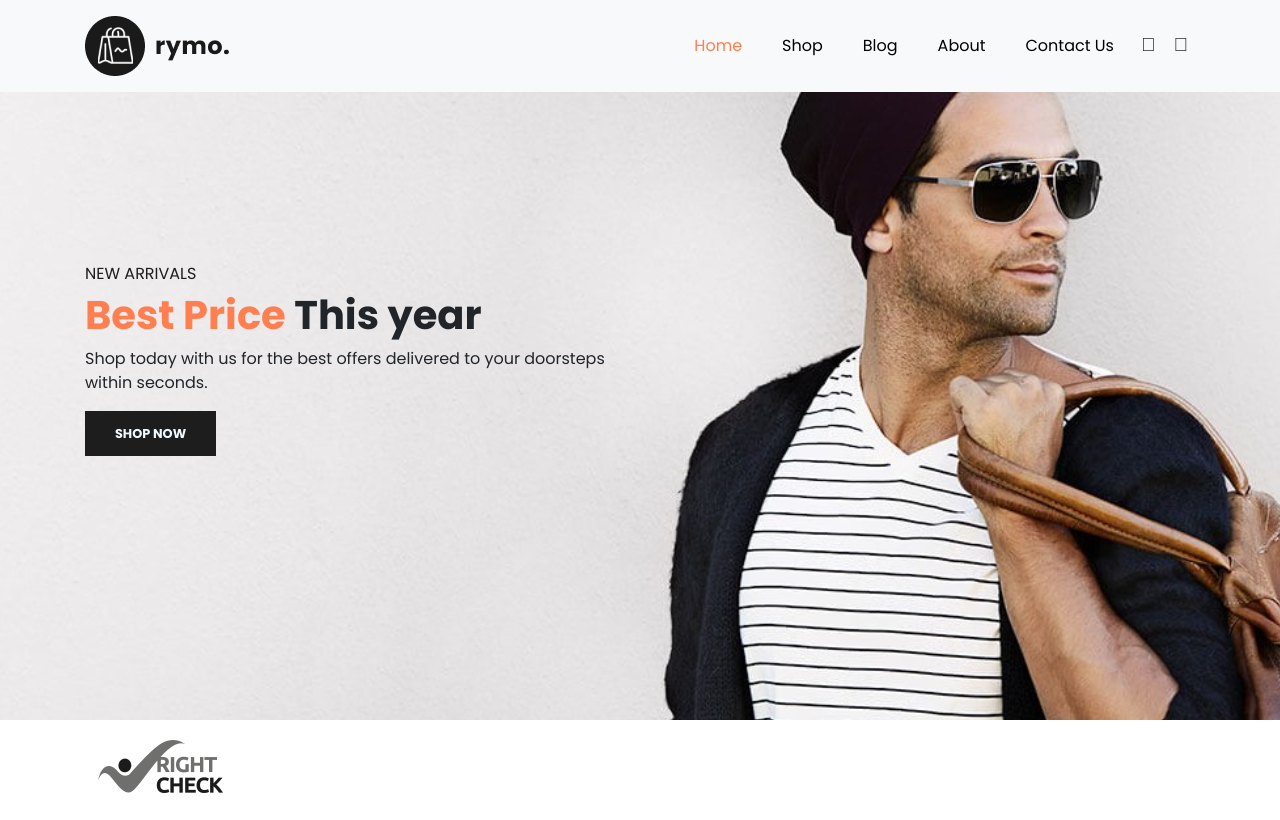
Repository: peter417waweru/e-commerce-UI
Page: index.html
The author's editor kept a copy of each file at every save. The page is drawn from the files as they stood at one save, then again after the next save.
The browser window is 1280 px wide. The pictures show the whole page.
Some web libraries are served in a nearby version.

Above is the page before, as saved 2025-02-07 20:01:48.

After the next save:
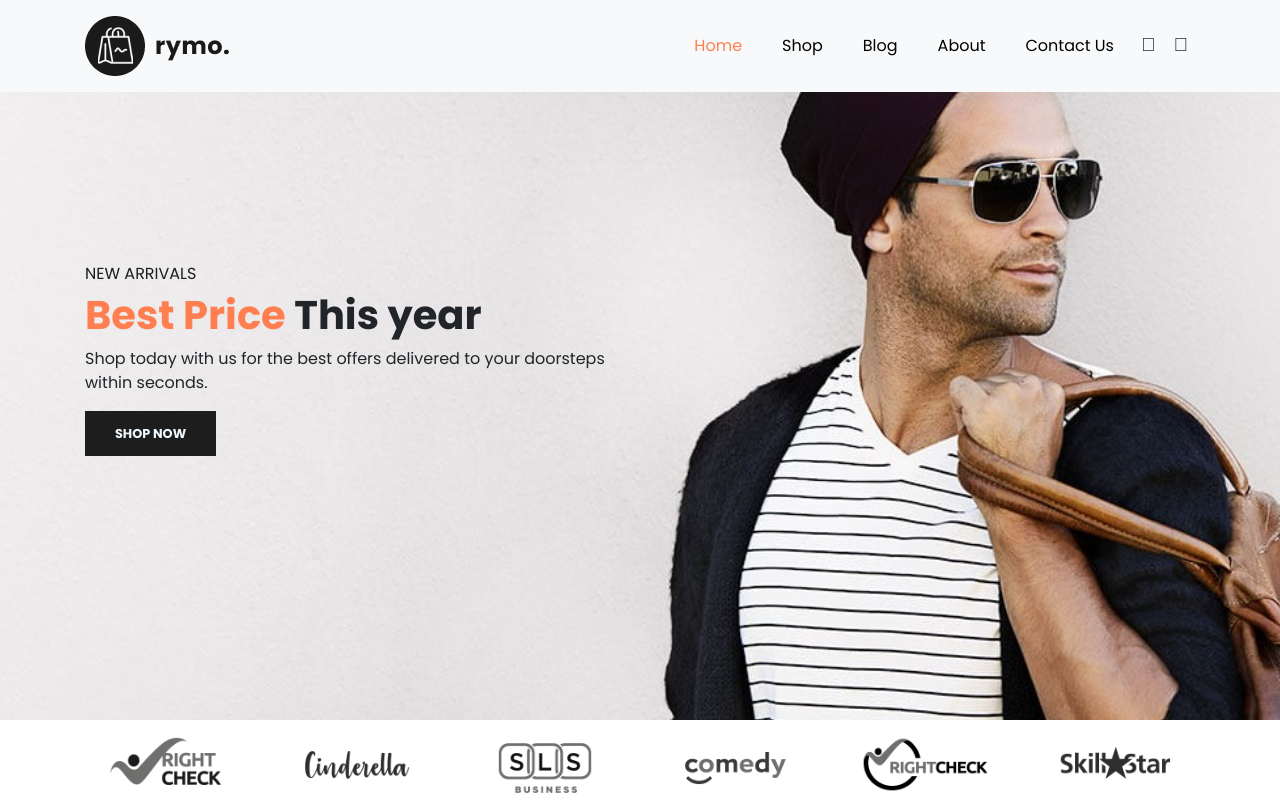
Saved 2 min 47 s later.
--- a/index.html
+++ b/index.html
@@ -66,7 +66,12 @@
 
         <section id="brand" class="container">
           <div class="row">
-            <img class="img-fluid" src="img/brand/1.png" alt="">
+            <img class="img-fluid col-lg-2 col-md-4 col-sm-6" src="img/brand/1.png" alt="">
+            <img class="img-fluid col-lg-2 col-md-4 col-sm-6" src="img/brand/2.png" alt="">
+            <img class="img-fluid col-lg-2 col-md-4 col-sm-6" src="img/brand/3.png" alt="">
+            <img class="img-fluid col-lg-2 col-md-4 col-sm-6" src="img/brand/4.png" alt="">
+            <img class="img-fluid col-lg-2 col-md-4 col-sm-6" src="img/brand/5.png" alt="">
+            <img class="img-fluid col-lg-2 col-md-4 col-sm-6" src="img/brand/6.png" alt="">
           </div>
         </section>
 
